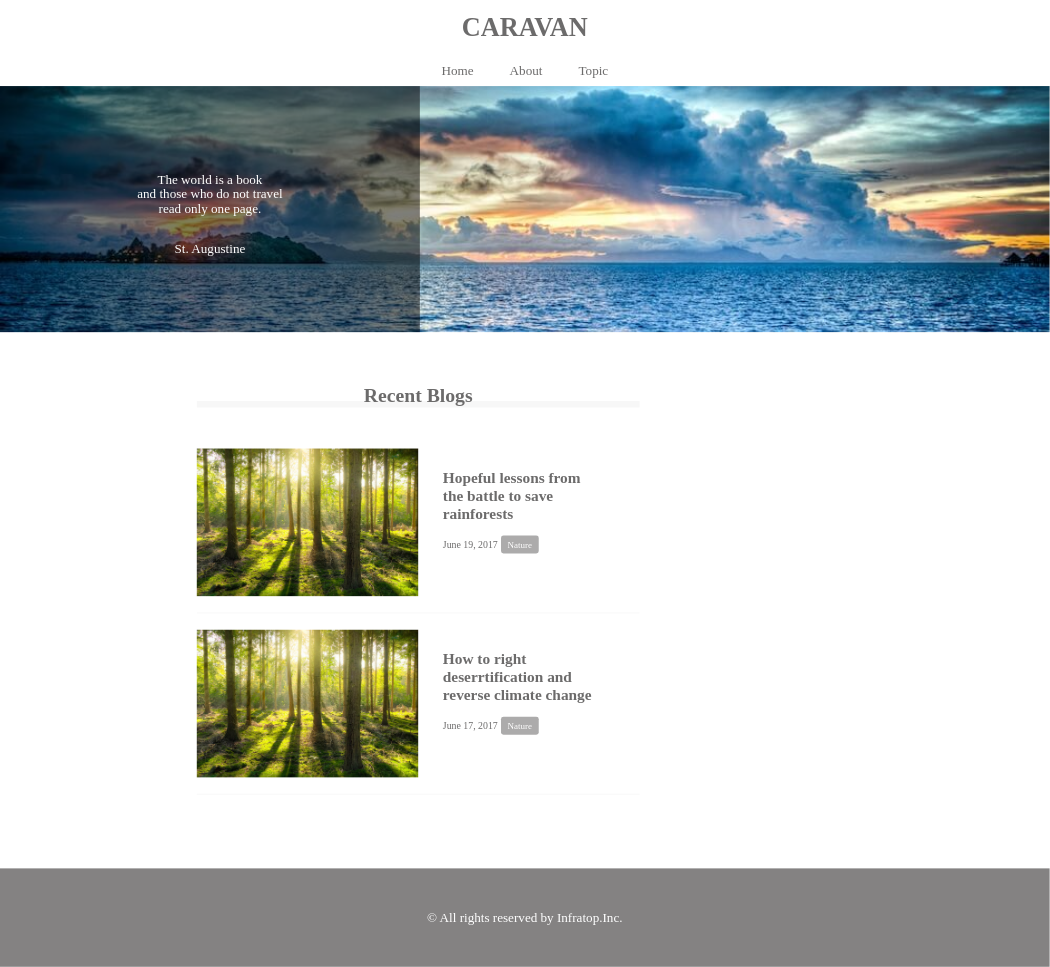
Repository: RAM-OK/git-practice
Page: caravan/index.html
The author's editor kept a record of every edit. The page is drawn from the files as they stood at one moment, then again after the next edit.
The browser window is 1280 px wide. The pictures show the whole page, at 82% of full size.

Above is the page before.

### caravan/index.html
<!DOCTYPE html>
<html lang="ja">
  <head>
    <meta charset="UTF-8" />
    <!-- CSSファイルの読み込み -->
    <link rel="stylesheet" href="style.css" />
    <title>CARAVAN</title>
  </head>

  <body>
    <!-- header -->
    <header>
      <h1 class="heading">
        <a href="index.html">
          CARAVAN
        </a>
      </h1>
    </header>

    <!-- navigation -->
    <nav>
      <ul class="nav-list">
        <li class="nav-list-item">
          <a href="index.html">Home</a>
        </li>
        <li class="nav-list-item">About</li>
        <li class="nav-list-item">Topic</li>
        </ul>
    </nav>

    <!-- main-visual用のdiv -->
    <div class="main-visual">
      <div class="main-visual-content">
    <p class="main-visual-text">
      The world is a book<br />
      and those who do not travel<br />
      read only one page.
    </p>
    <p class="main-visual-name">
      St. Augustine
    </p>
    　</div>
    </div>

    <!-- main用のdiv -->
    <main>
      <section class="blog">
        <h2 class="blog-heading">Recent Blogs</h2>
        <div class="blog-box">
        <div class="blog-item">
          <img class="blog-image" src="img/forest.jpg">
          <section class="blog-text">
            <h3 class="blog-text-heading">
              <a href="single.html">
                Hopeful lessons from<br />
                the battle to save<br />
                rainforests
              </a>
            </h3>
            <p class="blog-date">June 19, 2017</p>
            <span class="category">Nature</span>
          </section>
        </div>
        <div class="blog-item">
          <img class="blog-image" src="img/forest.jpg">
          <section class="blog-text">
            <h3 class="blog-text-heading">
              <a href="single.html">
                How to right<br />
                deserrtification and<br />
                reverse climate change
              </a>
            </h3>
            <p class="blog-date">June 17, 2017</p>
            <span class="category">Nature</span>
          </section>
        </div>

        </div>
       </div>
      </section>
      <div class="sidebar"></div>
    </main>

    <!-- footer -->
    <footer>
      <p class="footer-text">︎© All rights reserved by Infratop.Inc. </p>
    </footer>
  </body>
</html>

### caravan/style.css
/* ブラウザがそれぞれ持っているCSSをリセットするための記述 */
* {
  margin: 0;
  padding: 0;
  box-sizing: border-box;
  color: #6c6b6b;
}

a {
  text-decoration: none;
}

header {
  width: 90%; /* 横幅90% */
  padding: 15px 0;
  margin: 0 auto;
  text-align: center;
}

header .heading { /* headerタグ内のheadingクラスにのみ反映される */
 font-size: 32px;
}

.nav-list {
  text-align: center;
  padding: 10px 0;
  margin: 0 auto;
}

.nav-list-item {
  list-style: none;
  display: inline-block;
  margin: 0 20px;
}

.main-visual {
  width: 100%; /* 横幅いっぱい */
  height: 300px; /* 高さ300px */
  background-image: url(img/mv.jpg);
  background-size: cover; /* 縦横比を維持したまま背景領域を埋め尽くす */
  background-position: center; /* 背景画像を中央に配置 */
}

.main-visual-content {
  width: 40%; /* 横幅40% */
  height: 300px; /* 親の高さに揃える */
  background-color: rgba(0,0,0,0.5); /* 背景色を半透明の黒にする */
  text-align: center; /* 文字を中央揃えにする */
  padding-top: 105px; /* 上側の内側余白で垂直方向の位置を調整 */
}

.main-visual-text {
  color: #fff; /* 文字色を白に変更 */
}

.main-visual-name {
  margin-top: 30px; /* 上側の外側の余白 */
  color: #fff; /* 文字色を白に変更 */
}

main {
 width: 800px; /* 横幅800px */
 display: flex; /* Flexboxの利用 */
 justify-content: center; /* 要素横並び・中央寄せ */
 margin: 0 auto; /* 要素の中央揃え */
 padding: 70px 0; /* 上下に70px、左右に0pxの余白 */
}

.blog {
  width: 540px;
  margin-right: 30px; /* 領域の右側余白 */
}

.blog-heading {
  border-bottom: 8px solid #f7f7f7;
  text-align: center;
  line-height: 0.6;
}

.blog-box {
  padding-top: 50px;
}

.blog-item {
  padding-bottom: 20px;
  margin-bottom: 20px;
  border-bottom: 1px solid #f7f7f7;
  display: flex;
  justify-content: flex-start;
}

.blog-image {
  height: 180px;
}

.blog-text {
  padding: 25px 0 0 30px;
}

.blog-text-heading {
  padding-bottom: 15px;
}

.blog-date {
  font-size: 12px;
  display: inline-block;
}

.category {
  display: inline-block;
  padding: 5px 8px;
  background-color: #acabab;
  border-radius: 3px;
  color: #fff;
  font-size: 11px;
}

.sidebar {
  width: 230px;
}

footer {
  width: 100%;
  height: 120px;
  text-align: center;
  line-height: 120px;
  background-color: #848282;
}

.footer-text {
  color: #fff;
}

After the next edit:
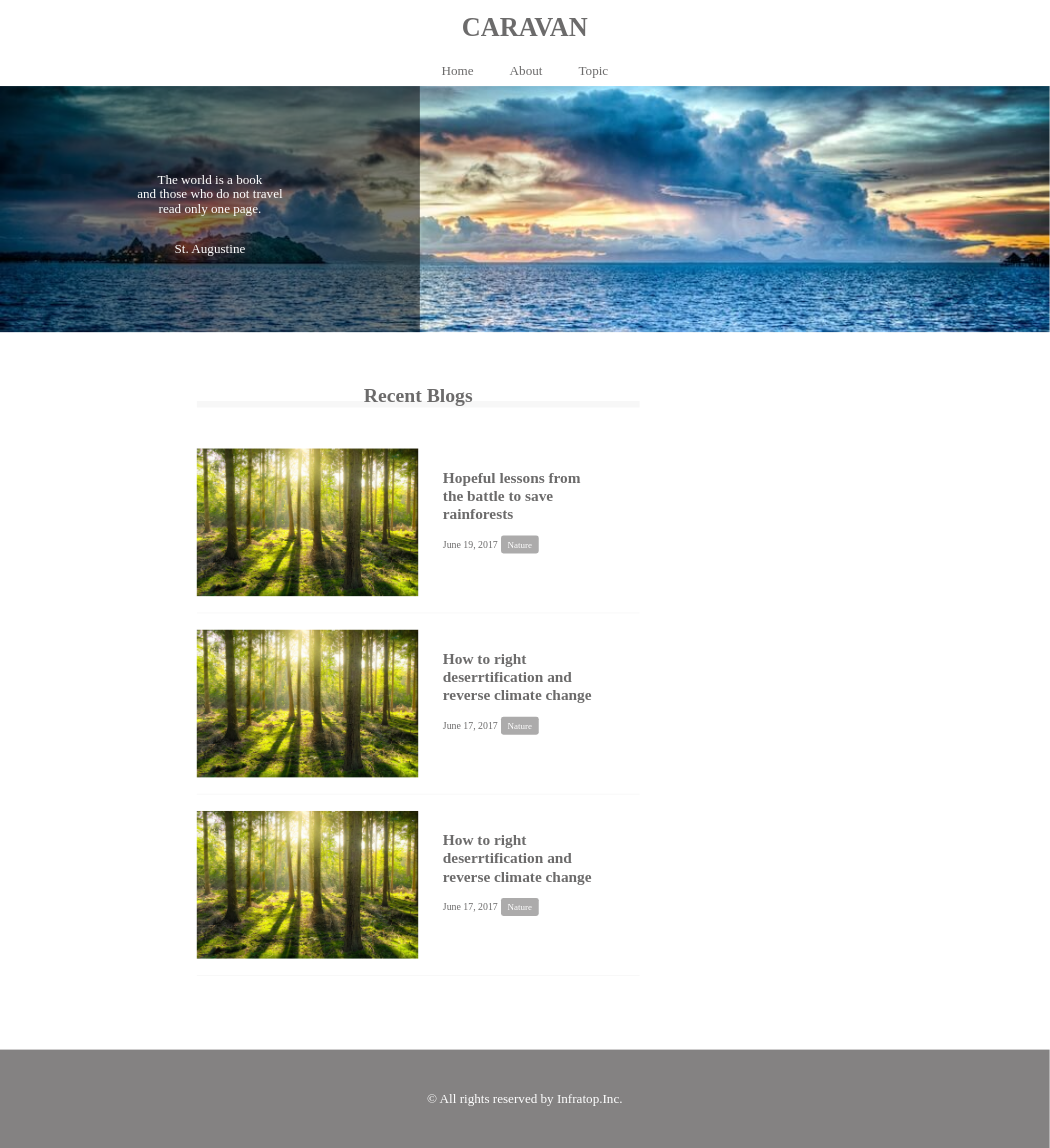
The edit:
--- a/caravan/index.html
+++ b/caravan/index.html
@@ -75,6 +75,20 @@
             <span class="category">Nature</span>
           </section>
         </div>
+        <div class="blog-item">
+          <img class="blog-image" src="img/forest.jpg">
+          <section class="blog-text">
+            <h3 class="blog-text-heading">
+              <a href="single.html">
+                How to right<br />
+                deserrtification and<br />
+                reverse climate change
+              </a>
+            </h3>
+            <p class="blog-date">June 17, 2017</p>
+            <span class="category">Nature</span>
+          </section>
+        </div>
 
         </div>
        </div>
